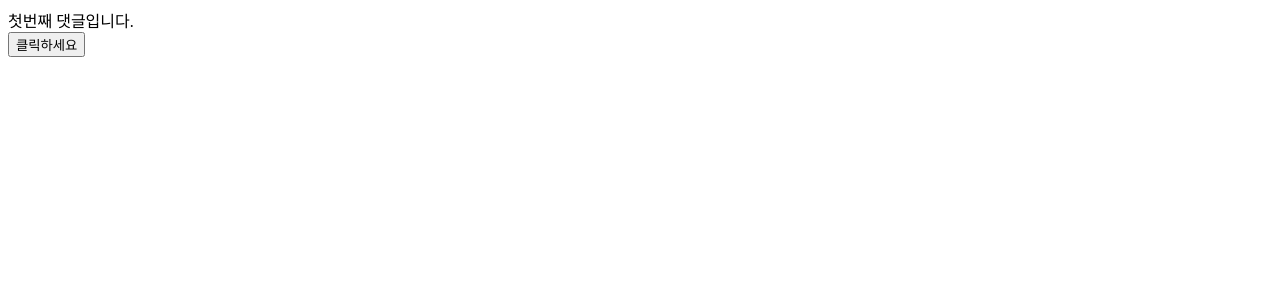
Repository: bk6717/jspwork
Page: http://localhost/blog/test/AjaxRequestTest.jsp
An editor plug-in stored every save of this project. The page is shown before and after the next save, followed by the edit.
The browser window is 1280 px wide. The pictures show the whole page.
The page is served by Tomcat 9. Other server files are loaded and not shown.

Above is the page before, as saved 2020-06-02 05:11:25.

### blog2/src/com/cos/blog/WebContent/test/AjaxRequestTest.jsp
<%@ page language="java" contentType="text/html; charset=UTF-8"
    pageEncoding="UTF-8"%>
<!DOCTYPE html>
<html>
<head>
<meta charset="UTF-8">
<title>Insert title here</title>
<script src="https://ajax.googleapis.com/ajax/libs/jquery/3.5.1/jquery.min.js"></script>

</head>
<body>

<div id = "reply-1">
	첫번째 댓글입니다.
</div>
<button onclick = "start()">클릭하세요</button>

<script>
function start(){
	$('#demo').html("<h1>hello</h1>");

}
</script>

</body>
</html>

After the next save:
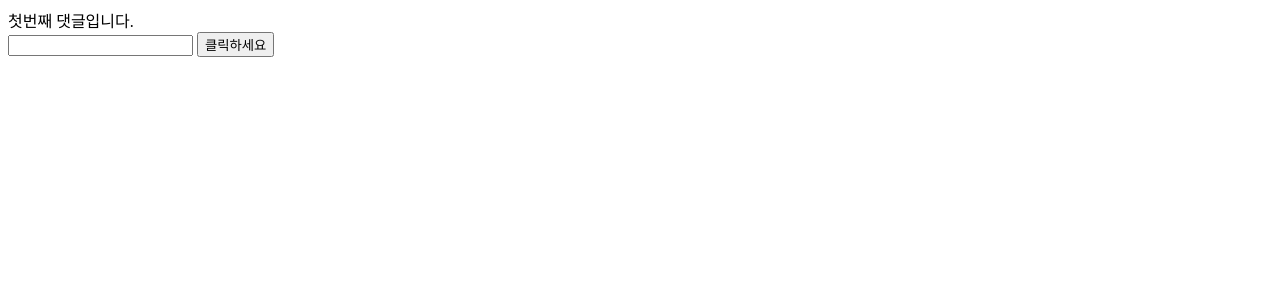
Saved 48 s later.
--- a/blog2/src/com/cos/blog/WebContent/test/AjaxRequestTest.jsp
+++ b/blog2/src/com/cos/blog/WebContent/test/AjaxRequestTest.jsp
@@ -13,6 +13,7 @@
 <div id = "reply-1">
 	첫번째 댓글입니다.
 </div>
+<input type = "text" id = "tf-reply">
 <button onclick = "start()">클릭하세요</button>
 
 <script>
